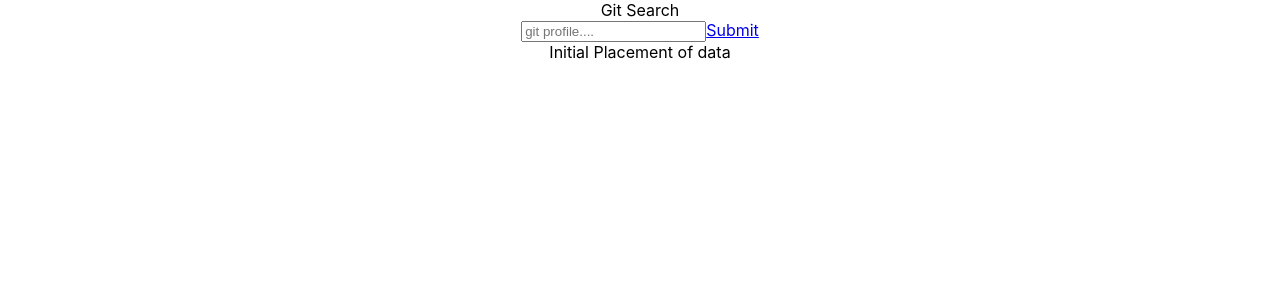
Repository: carlsopa/gitsearch
Page: / (app in gitsearch/)
An editor plug-in stored every save of this project. The page is shown before and after the next save, followed by the edit.
The browser window is 1280 px wide. The pictures show the whole page.
The project was rebuilt for these pictures with package versions that can differ from the ones it lists, and the page was loaded fresh each time. Also part of the build but not shown: gitsearch/src/components/profile.js, gitsearch/src/components/repos.js.

Above is the page before, as saved 2020-06-22 21:12:16.

After the next save:
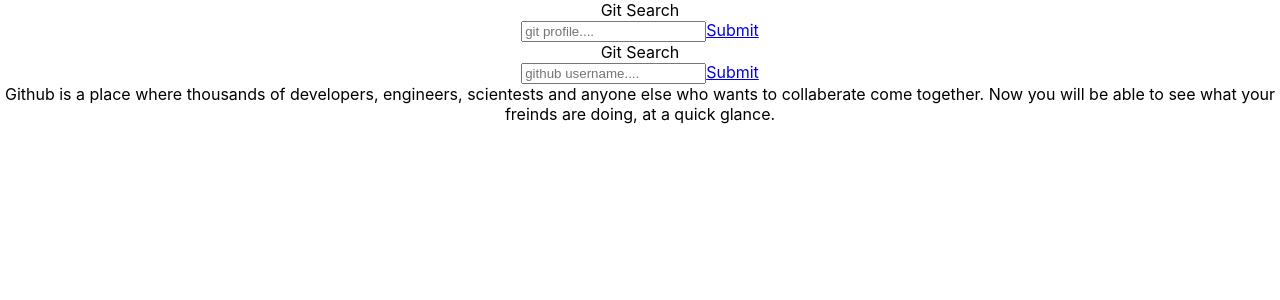
Saved 4 min 1 s later.
--- a/gitsearch/src/components/holder.js
+++ b/gitsearch/src/components/holder.js
@@ -3,7 +3,12 @@
 function Holder() {
     return (
         <div>
-            Initial Placement of data
+            <div>Git Search</div>
+            <input type="text" placeholder='github username....'/>
+            <a href="#">Submit</a>
+            <div id="text">
+                Github is a place where thousands of developers, engineers, scientests and anyone else who wants to collaberate come together.  Now you will be able to see what your freinds are doing, at a quick glance.
+            </div>
 
         </div>
     )
